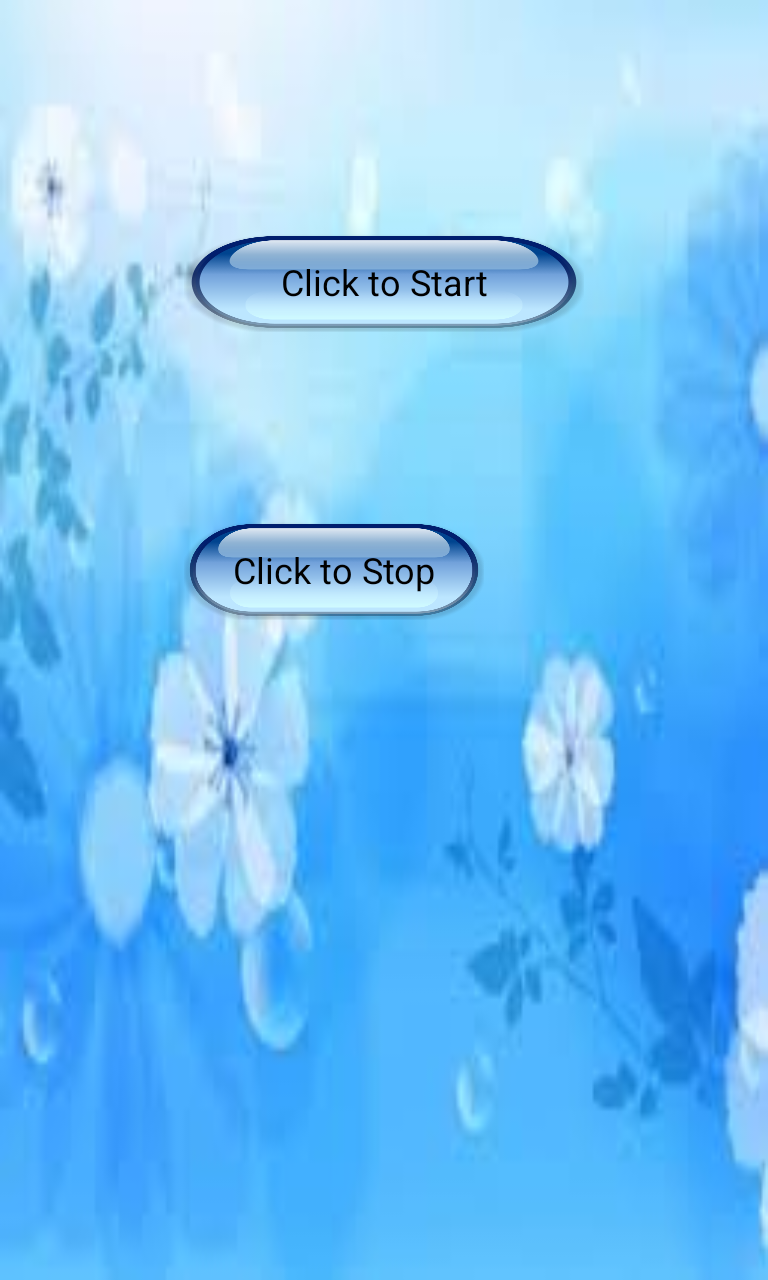
Repository: Shruthi06/designed-droid
Layout: service_demo/res/layout/activity_main.xml
The author's editor kept a copy of each file at every save. The layout is drawn from the files as they stood at one save, then again after the next save.
It is drawn on a 768 x 1280 px phone screen (xhdpi) without system bars, with theme AppTheme; the app's code is not run.

Above is the layout before, as saved 2016-02-15 13:57:38.

After the next save:
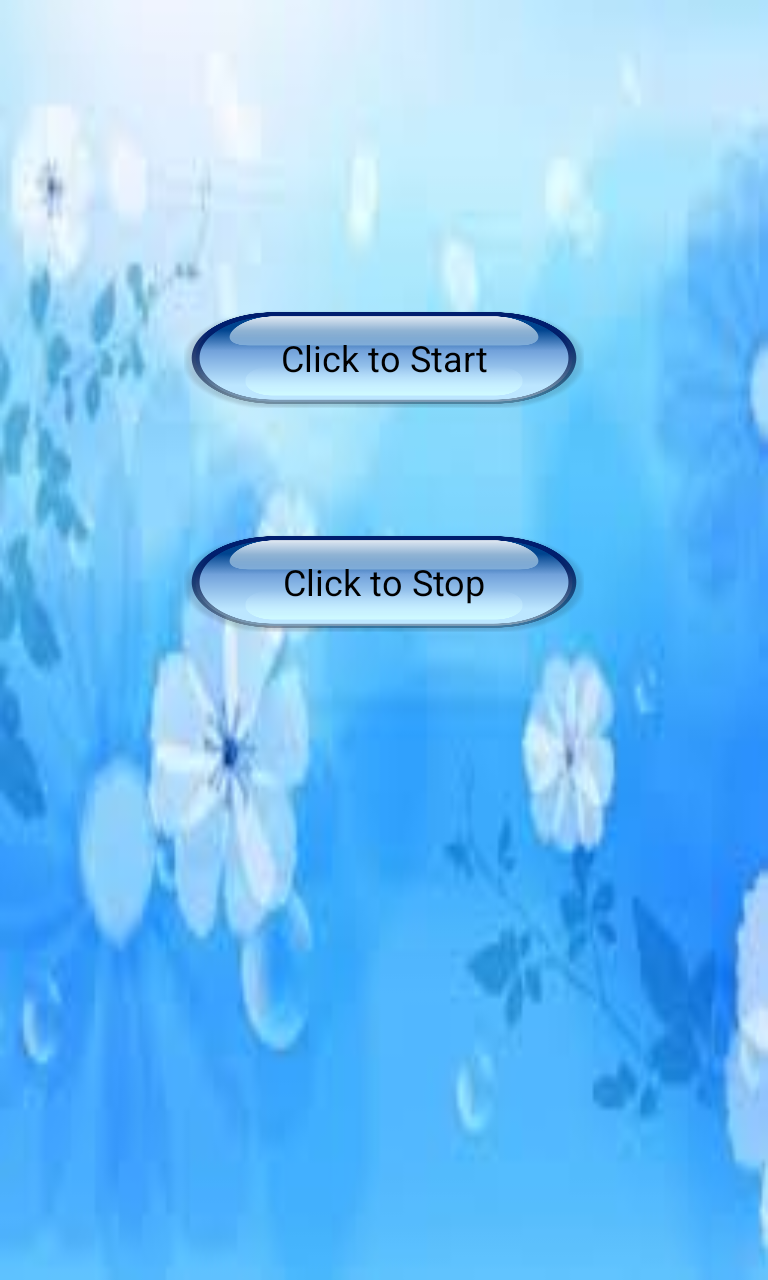
Saved 15 s later.
--- a/service_demo/res/layout/activity_main.xml
+++ b/service_demo/res/layout/activity_main.xml
@@ -16,7 +16,7 @@
         android:layout_height="50dp"
         android:layout_alignParentTop="true"
         android:layout_centerHorizontal="true"
-        android:layout_marginTop="100dp"
+        android:layout_marginTop="138dp"
         android:background="@drawable/button"
         android:text="Click to Start" />
 
@@ -25,8 +25,9 @@
         android:layout_width="150dp"
         android:layout_height="50dp"
         android:layout_alignLeft="@+id/buttonstart"
+        android:layout_alignRight="@+id/buttonstart"
         android:layout_below="@+id/buttonstart"
-        android:layout_marginTop="94dp"
+        android:layout_marginTop="62dp"
         android:background="@drawable/button"
         android:text="Click to Stop" />
 
